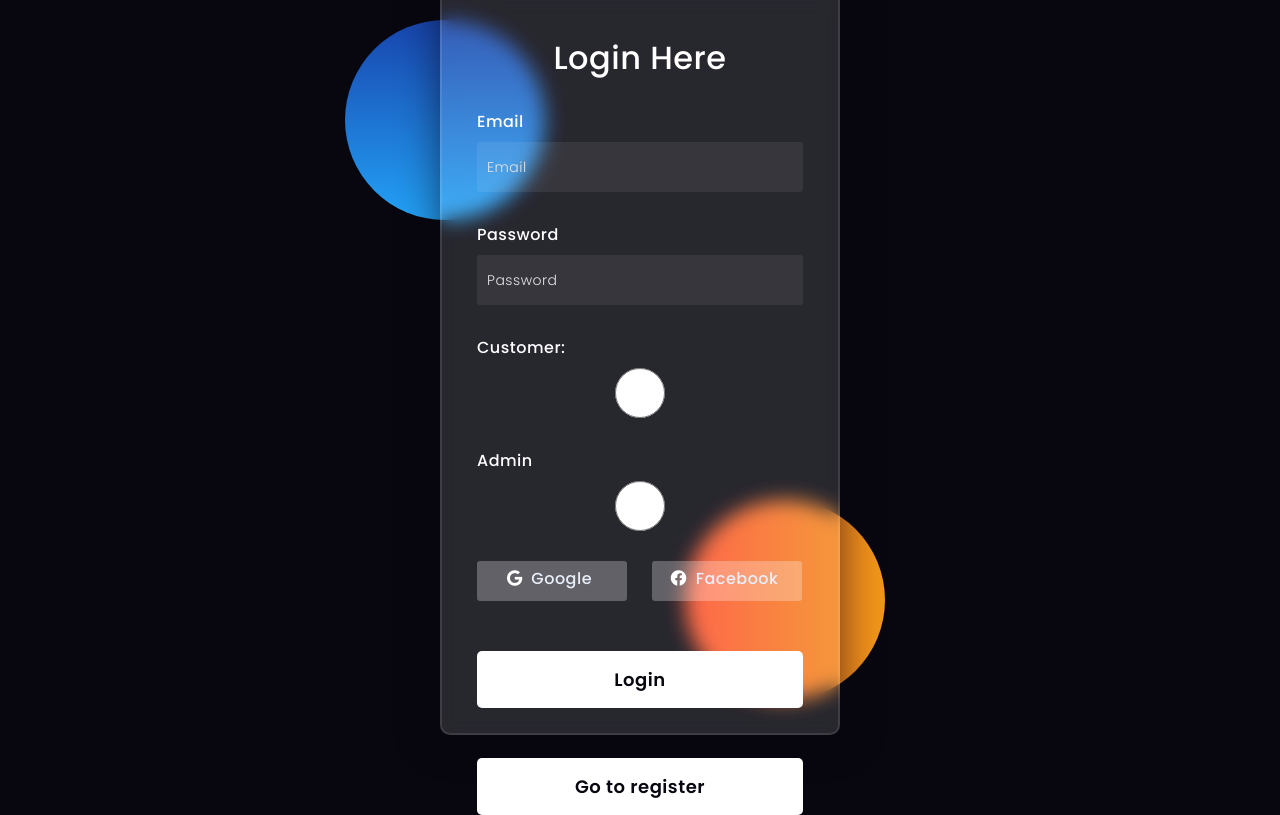
Repository: NguyenHuy-lang/FE-project
Page: sign-in-up/login.html
These files come from the project's save history. The page is drawn as it stood at one moment and after the next save; the edit follows.
The browser window is 1280 px wide. The pictures show the whole page.

Above is the page before, as saved 2023-05-11 15:57:33.

After the next save:
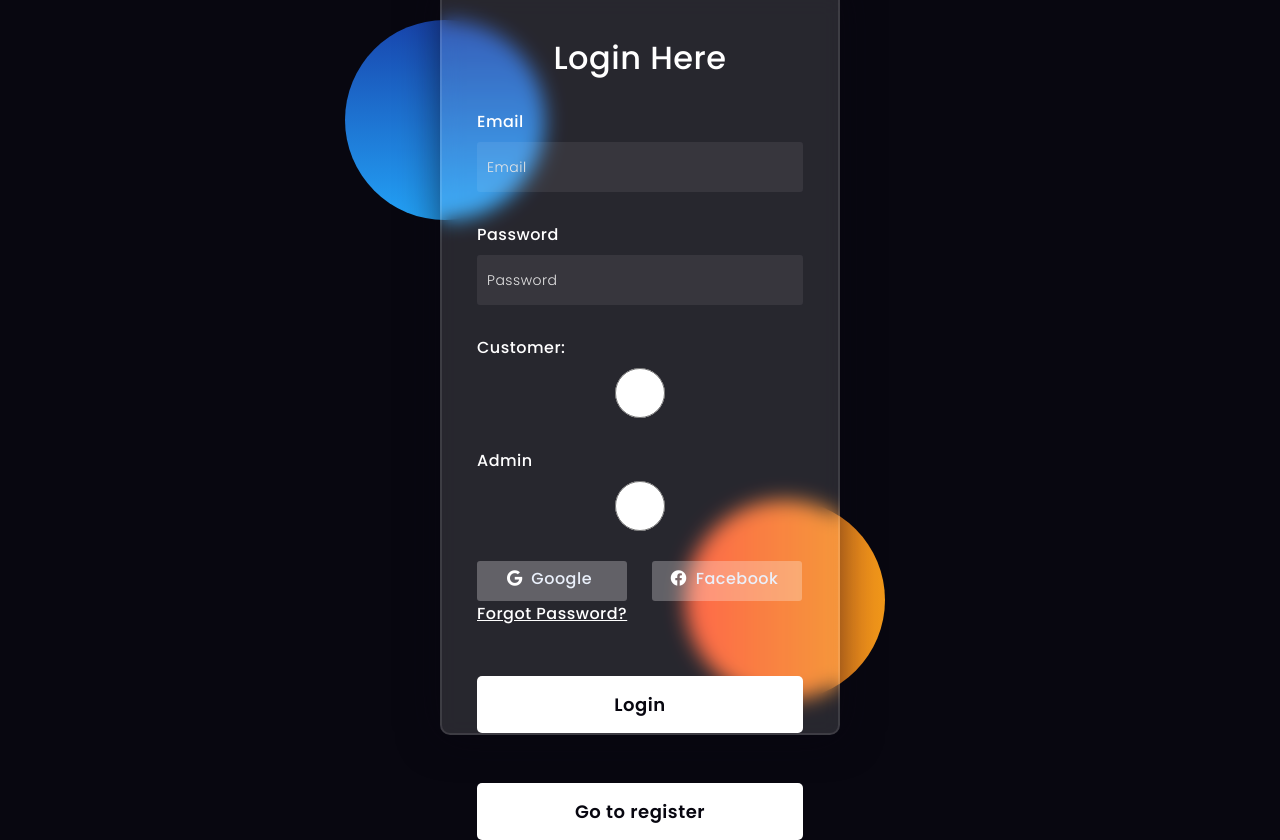
Saved 52 s later.
--- a/sign-in-up/login.html
+++ b/sign-in-up/login.html
@@ -171,6 +171,7 @@
             <div class="go" onclick="googleSignIn()"><i class="fab fa-google"></i> Google</div>
             <div class="fb" onClick="facebookSignIn()"><i class="fab fa-facebook"></i> Facebook</div>
         </div>
+        <a href="/forgot-password">Forgot Password?</a>
         <button onclick="login()">Login</button>
         <button onclick="goRegister()">Go to register</button>
 
